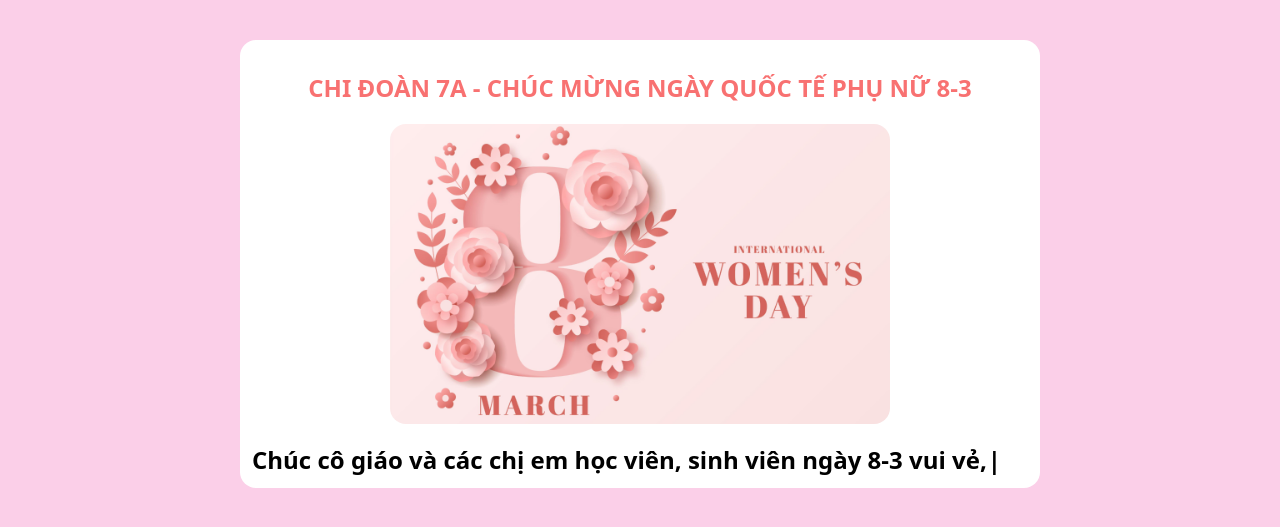
Repository: hoang0508/web-837A
Page: /
An editor plug-in stored every save of this project. The page is shown before and after the next save, followed by the edit.
The browser window is 1280 px wide. The pictures show the whole page.
Some web fonts or font styles are not loaded; a fallback is used. The project was rebuilt for these pictures with package versions that can differ from the ones it lists, and the page was loaded fresh each time. Also part of the build but not shown: vite.config.js.

Above is the page before, as saved 2025-02-28 19:05:09.

After the next save:
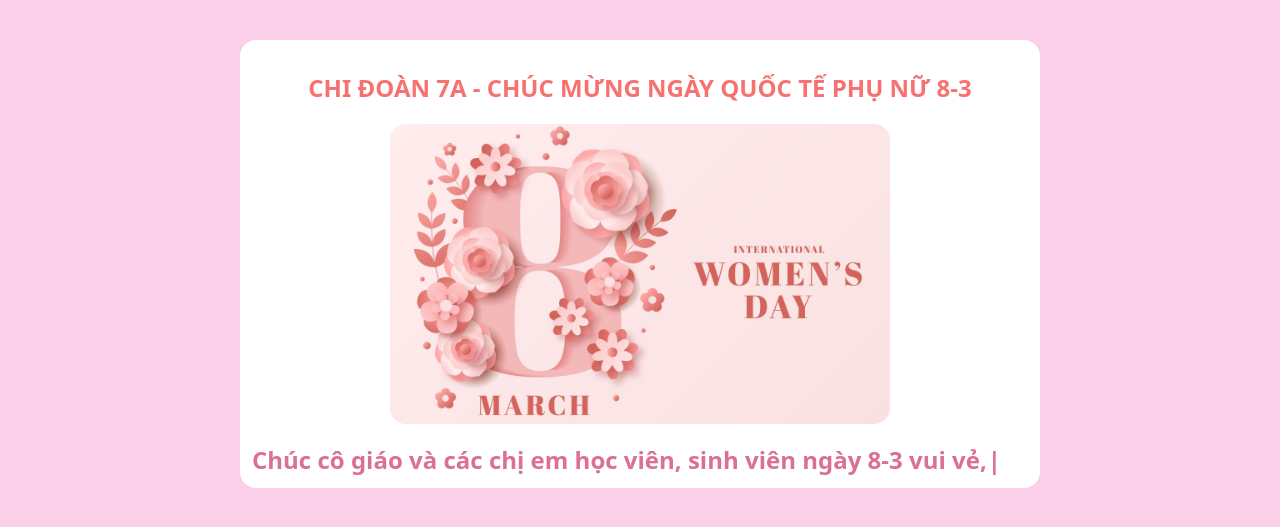
Saved 27 s later.
--- a/src/index.css
+++ b/src/index.css
@@ -36,4 +36,5 @@ body {
 
 .Typewriter {
   margin-top: 20px;
+  color: palevioletred;
 }
